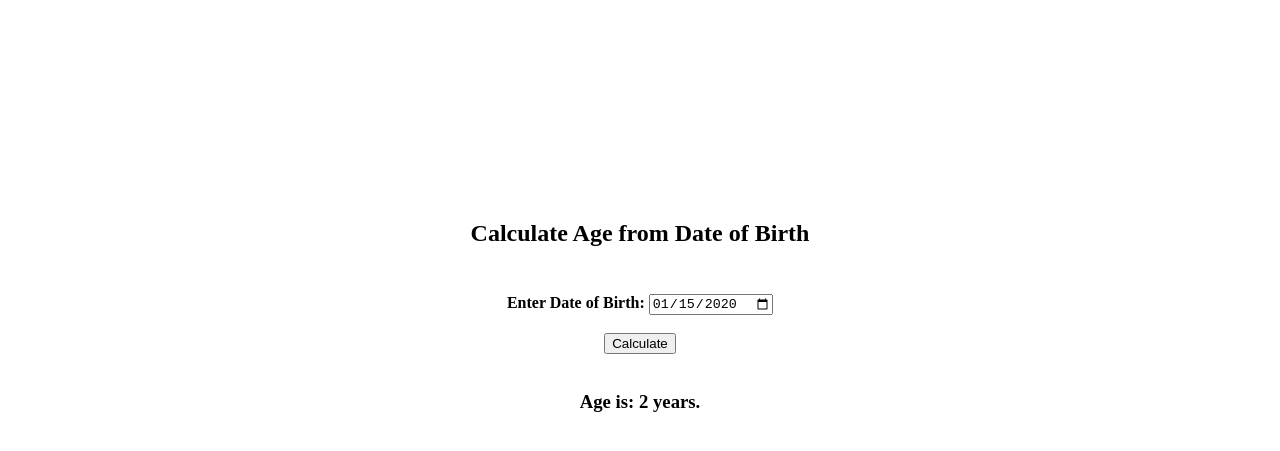
Repository: HoangDuy315/web-dev2022
Page: hw151022/ex2/ex2.4/index.html
These files come from the project's save history. The page is drawn as it stood at one moment and after the next save; the edit follows.
The browser window is 1280 px wide. The pictures show the whole page.
Empty fields were first filled with sample values (such as "Sample", 5 or name@example.com).
After loading, the first visible `button` was clicked once.

Above is the page before, as saved 2022-10-15 15:21:47.

### hw151022/ex2/ex2.4/index.html
<!DOCTYPE html>
<html lang="en">
<head>
    <meta charset="UTF-8">
    <meta http-equiv="X-UA-Compatible" content="IE=edge">
    <meta name="viewport" content="width=device-width, initial-scale=1.0">
    <link rel="stylesheet" href="./style.css">
    <title>Document</title>
<head>
<script>
function ageCalculator() {
    var userinput = document.getElementById("DOB").value;
    var dob = new Date(userinput);
    if(userinput==null || userinput=='') {
      document.getElementById("message").innerHTML = "**Choose a date please!";
      return false;
    } else {

    //calculate month difference from current date in time
    var month_diff = Date.now() - dob.getTime();

    //convert the calculated difference in date format
    var age_dt = new Date(month_diff);

    //extract year from date
    var year = age_dt.getUTCFullYear();

    //now calculate the age of the user
    var age = Math.abs(year - 1970);

    //display the calculated age
    return document.getElementById("result").innerHTML =
             "Age is: " + age + " years. ";
    }
}
</script>
</head>
<body>
<center>
<h2 style="color: 32A80F" align="center"> Calculate Age from Date of Birth <br> <br> </h2>

<!-- Choose a date and enter in input field -->
<b> Enter Date of Birth: <input type=date id = DOB> </b>
<span id = "message" style="color:red"> </span> <br><br>

<!-- Choose a date and enter in input field -->
<button type="submit" onclick = "ageCalculator()"> Calculate </button> <br><br>
<h3 style="color:32A80F" id="result" align="center"></h3>
</center>
</body>
</html>

### hw151022/ex2/ex2.4/style.css
body {
  display: flex;
  align-items: center;
  justify-content: center;
  flex-direction: column;
  margin-top: 200px;
}

After the next save:
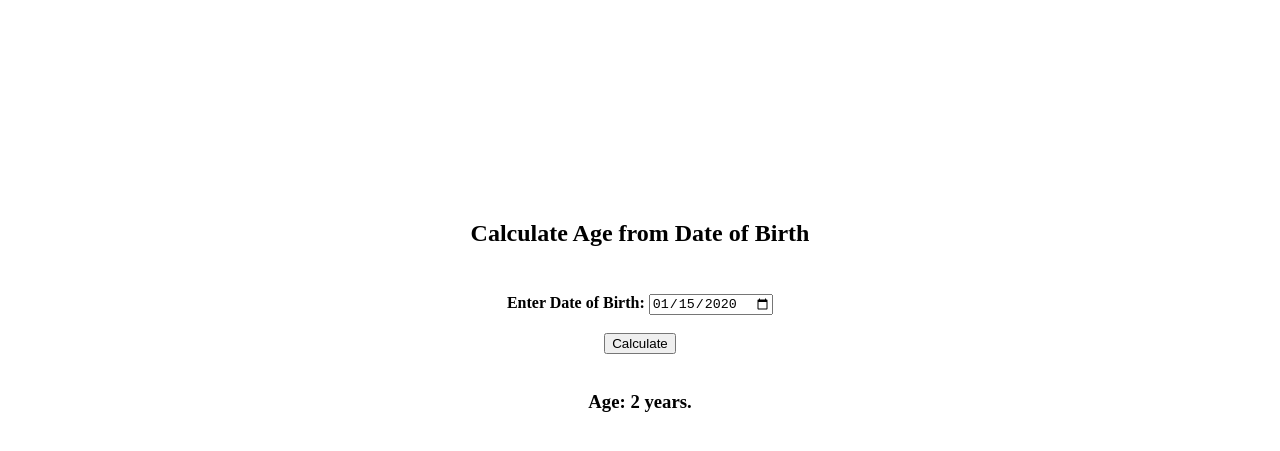
Saved 20 s later.
--- a/hw151022/ex2/ex2.4/index.html
+++ b/hw151022/ex2/ex2.4/index.html
@@ -30,7 +30,7 @@ function ageCalculator() {
 
     //display the calculated age
     return document.getElementById("result").innerHTML =
-             "Age is: " + age + " years. ";
+             "Age: " + age + " years. ";
     }
 }
 </script>
